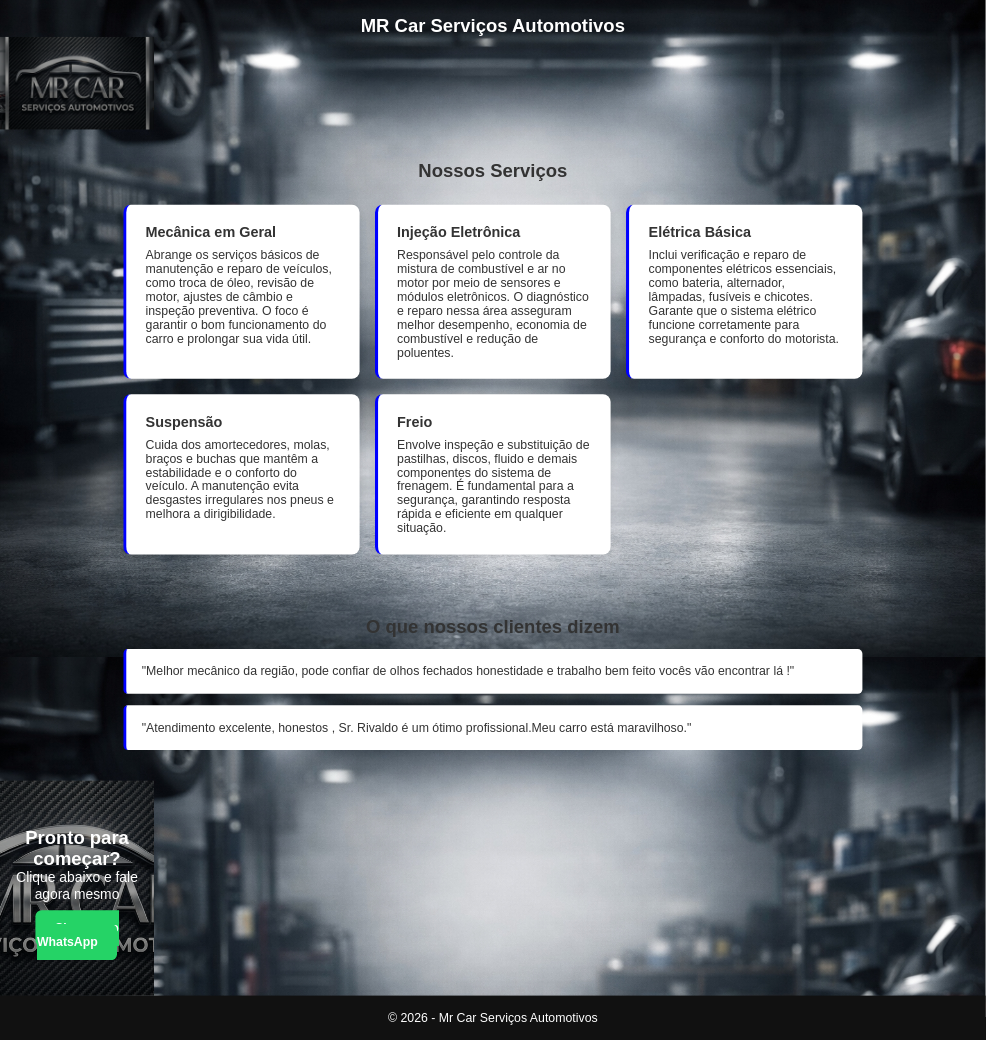
Repository: templaterj1991-Luiz/Main
Page: Template/index.html
An editor plug-in stored every save of this project. The page is shown before and after a run of saves, followed by the edit.
The browser window is 1280 px wide. The pictures show the whole page, at 77% of full size.
Backgrounds fixed to the window are drawn as part of the page.

Above is the page before, as saved 2026-06-06 13:55:14.

### Template/index.html
<!DOCTYPE html>
<html lang="pt-BR">

<head>
    <meta charset="UTF-8">
    <meta name="viewport" content="width=device-width, initial-scale=1.0">
    <title>Mr Car Serviços Automotivos</title>
    <style>
        * {
            margin: 0;
            padding: 0;
            box-sizing: border-box;
            font-family: 'Arial', sans-serif;
        }

        body {
            background-image: url(../Template/assests/image_17807634293247997762059382456069.jpeg);
            background-position: center center;
            background-repeat: no-repeat;
            background-size: cover;
            background-attachment: fixed;
            min-height: 100vh;
            color: #333;
        }

        header {
            background: transparent;
            color: #fff;
            padding: 20px 20px 0 20px;
            text-align: center;
        }

        .hero {
            padding: 60px 20px;
            width: 200px;
            text-align: center;
            background-image: url(../Template/assests/Gemini_Generated_Image_hhrxh3hhrxh3hhrx.png);
            background-position: center center;
            background-repeat: no-repeat;
            background-size: cover;
            color: white;
            box-shadow: inset 0 0 0 2000px rgba(0, 0, 0, 0.4);
        }

        .hero h1 {
            font-size: 32px;
            margin-bottom: 15px;
        }

        .hero p {
            font-size: 18px;
            margin-bottom: 25px;
        }

        .btn {
            background: #25D366;
            color: white;
            padding: 15px 25px;
            border-radius: 8px;
            text-decoration: none;
            font-weight: bold;
            transition: 0.3s;
        }

        .btn:hover {
            background: #1ebe5d;
        }

        .container {
            max-width: 1000px;
            margin: auto;
            padding: 40px 20px;
        }

        .grid {
            display: grid;
            grid-template-columns: repeat(auto-fit, minmax(250px, 1fr));
            gap: 20px;
        }

        .card {
            background: white;
            padding: 25px;
            border-radius: 10px;
            box-shadow: 0 4px 10px rgba(0, 0, 0, 0.08);
            border-left: 4px solid blue;
        }

        .card h3 {
            margin-bottom: 10px;
        }

        .testimonial {
            background: #fff;
            padding: 20px;
            border-left: 4px solid blue;
            margin-top: 15px;
            border-radius: 6px;
        }

        footer {
            text-align: center;
            padding: 20px;
            background: #111;
            color: white;

        }
    </style>
</head>

<body>
    <header>
        <h2>MR Car Serviços Automotivos</h2>
    </header>
    <section class="hero">

    </section>
    <section class="container">
        <h2 style="text-align:center; margin-bottom:30px;">Nossos Serviços</h2>
        <div class="grid">
            <div class="card">
                <h3>Mecânica em Geral</h3>
                <p>Abrange os serviços básicos de manutenção e reparo de veículos, como troca de óleo, revisão de motor,
                    ajustes de câmbio e inspeção preventiva. O foco é garantir o bom funcionamento do carro e prolongar
                    sua vida útil.</p>
            </div>
            <div class="card">
                <h3>Injeção Eletrônica </h3>
                <p>Responsável pelo controle da mistura de combustível e ar no motor por meio de sensores e módulos
                    eletrônicos. O diagnóstico e reparo nessa área asseguram melhor desempenho, economia de combustível
                    e redução de poluentes.</p>
            </div>
            <div class="card">
                <h3>Elétrica Básica</h3>
                <p>Inclui verificação e reparo de componentes elétricos essenciais, como bateria, alternador, lâmpadas,
                    fusíveis e chicotes. Garante que o sistema elétrico funcione corretamente para segurança e conforto
                    do motorista.</p>
            </div>
            <div class="card">
                <h3>Suspensão</h3>
                <p>Cuida dos amortecedores, molas, braços e buchas que mantêm a estabilidade e o conforto do veículo. A
                    manutenção evita desgastes irregulares nos pneus e melhora a dirigibilidade.</p>
            </div>
            <div class="card">
                <h3>Freio</h3>
                <p>Envolve inspeção e substituição de pastilhas, discos, fluido e demais componentes do sistema de
                    frenagem. É fundamental para a segurança, garantindo resposta rápida e eficiente em qualquer
                    situação.</p>
            </div>
        </div>
    </section>
    <section class="container">
        <h2 style="text-align:center;">O que nossos clientes dizem</h2>
        <div class="testimonial"> "Melhor mecânico da região, pode confiar de olhos fechados honestidade e trabalho bem
            feito vocês vão encontrar lá !" </div>
        <div class="testimonial"> "Atendimento excelente, honestos , Sr. Rivaldo é um ótimo profissional.Meu carro está
            maravilhoso." </div>
    </section>
    <section class="hero">
        <h2>Pronto para começar?</h2>
        <p>Clique abaixo e fale agora mesmo</p> <a class="btn" href="https://wa.me/5521983543090" target="_blank">
            Chamar no
            WhatsApp </a>
    </section>
    <footer>
        <p>© 2026 - Mr Car Serviços Automotivos</p>
    </footer>
</body>

</html>

After the next 3 saves:
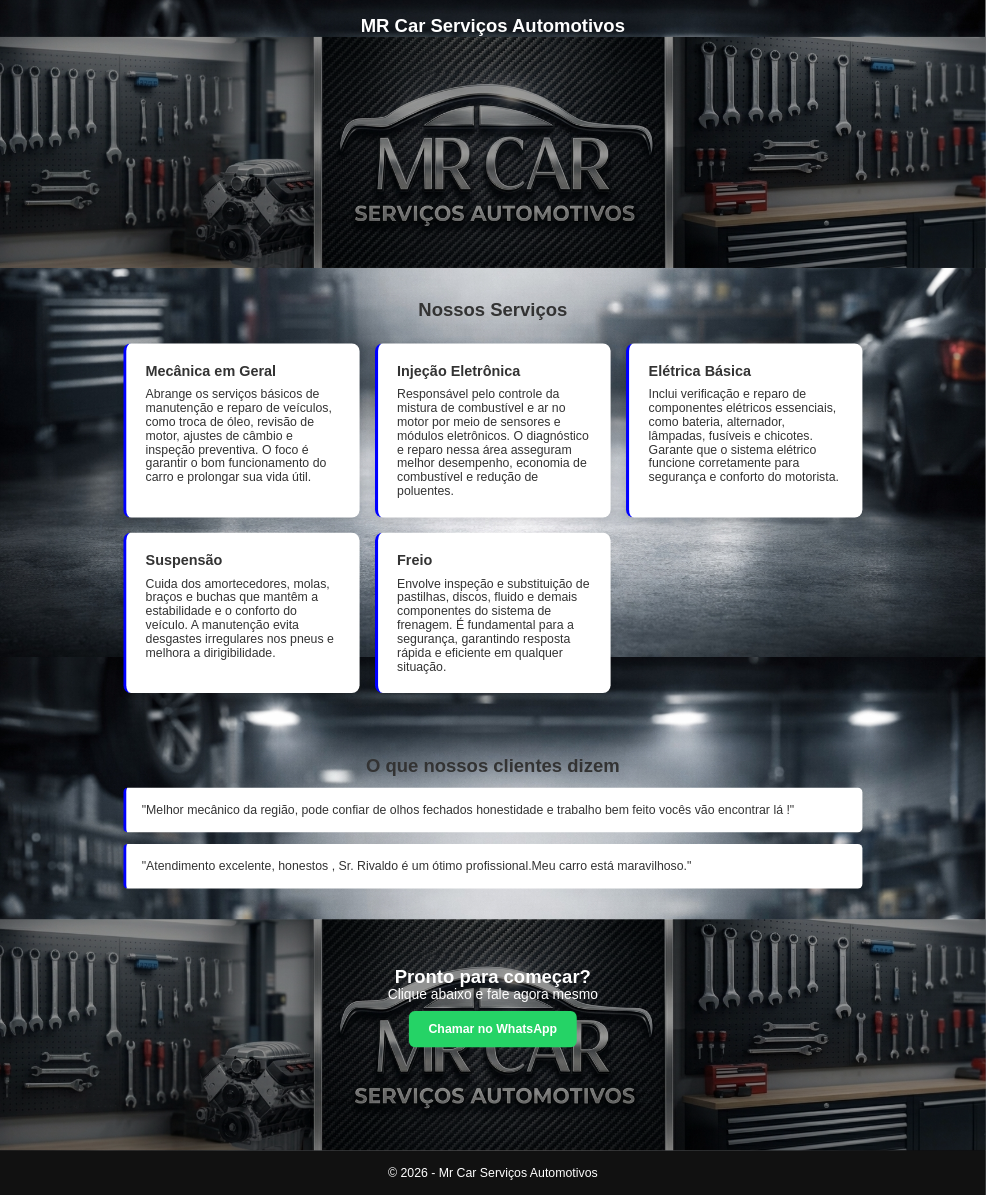
The 3 saves are shown as one change because they came seconds apart.
The last was saved 12 s later.
--- a/Template/index.html
+++ b/Template/index.html
@@ -32,7 +32,7 @@
 
         .hero {
             padding: 60px 20px;
-            width: 200px;
+            height: 300px;
             text-align: center;
             background-image: url(../Template/assests/Gemini_Generated_Image_hhrxh3hhrxh3hhrx.png);
             background-position: center center;
